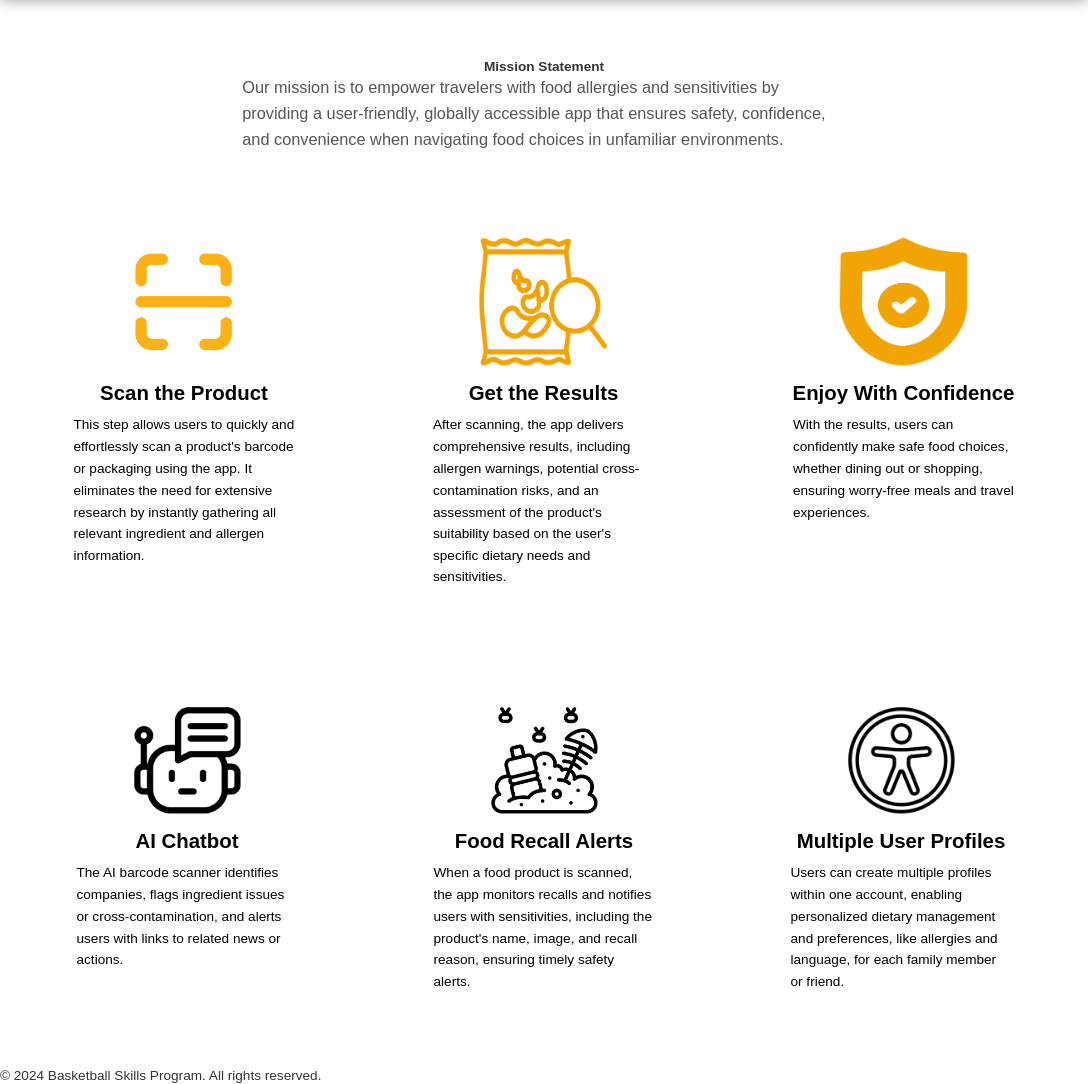
Repository: GavinPahal/landingpage
Page: /
These files come from the project's save history. The page is drawn as it stood at one moment and after the next save; the edit follows.
The browser window is 1280 px wide. The pictures show the part of the page from y = 720 to 1995 px (the page is 1995 px tall before and 1989 px after), at 85% of full size.
The project was rebuilt for these pictures with package versions that can differ from the ones it lists, and the page was loaded fresh each time. The framework's server and built-in components were replaced by stand-ins that run in the browser. Also part of the build but not shown: next.config.mjs.

Above is the page before, as saved 2024-11-28 18:00:14.

### pages/_app.js
// pages/_app.js
import "@/styles/globals.css"; // Import the global CSS file

function MyApp({ Component, pageProps }) {
  return <Component {...pageProps} />;
}

export default MyApp;

### pages/index.js
// pages/index.js
import Hero from "../components/Hero";
import Features from "../components/Features";
import Footer from "../components/Footer";
import Product from "../components/Product"

export default function Home() {
  return (
    <div>
      <Hero />
      <Features />
      <Product />
      <Footer />
    </div>
  );
}

### styles/globals.css
/* Global Styles */
* {
  margin: 0;
  padding: 0;
  box-sizing: border-box;
}

body {
  font-family: Arial, sans-serif;
  color: #333;
  overflow-x: hidden; /* Prevent horizontal overflow */
}

/* Hero Section */
.hero {
  display: flex; /* Use flexbox to align elements */
  position: relative;
  height: 100vh;
  width: 100%; /* Ensure the hero section spans the full width */
  background-color: #2d2d2d; /* Dark background to contrast with the image */
}

.imageWrapper {
  position: relative;
  width: 100%; /* Left side takes full width */
  height: 100%;
}

.imageContainer {
  position: absolute;
  top: 0;
  left: 0;
  width: 100%;
  height: 100%;
  filter: blur(8px); /* Add blur effect to the image */
  object-fit: cover;
}

.overlay {
  position: absolute;
  top: 0;
  left: 0;
  width: 100%;
  height: 100%;
  background: rgba(0, 0, 0, 0.6); /* Dark overlay to ensure text stands out */
  color: white;
  display: flex;
  flex-direction: column;
  justify-content: center;
  align-items: flex-start;
  padding: 60px 40px; /* Increased padding for more space */
  text-align: left;
}

.heroTitle {
  display: flex;
  align-items: center; /* Align logo and title horizontally */
  margin-bottom: 40px; /* Space between title and the rest of the content */
  position: relative; /* Allow positioning adjustments */
  top: -80px; /* Move the logo and title even higher */
}

.heroTitle img {
  margin-right: 20px; /* Add space between logo and title */
}

.heroTitle h1 {
  font-size: 2rem; /* Bigger font for app name */
  font-weight: bold;
  color: #ffffff; /* Bright color to stand out */
  text-transform: uppercase;
}

.tagline {
  font-size: 5rem; /* Make "BEST NATURE APP" 5rem */
  font-weight: bold;
  margin-bottom: 0; /* Remove extra space between the lines */
  color: #ffffff; /* Striking color */
  text-shadow: 3px 3px 5px rgba(0, 0, 0, 0.8); /* Enhanced text visibility */
  line-height: 1.1; /* Adjust line-height to decrease space between lines */
  letter-spacing: 1.5px;
  display: block;
  max-width: 100%; /* Ensure text doesn't overflow */
}

.bestNature {
  display: block;
  font-size: 3rem; /* Adjust to smaller font size for the first part */
}

.appEver {
  display: block;
  margin-top: 0;
  font-size: 3rem;
}

.subTagline {
  font-size: 1.2rem;
  margin-top: 20px;
  margin-bottom: 40px;
  line-height: 1.6;
  max-width: 650px;
  color: white;
  letter-spacing: 0.5px;
  text-align: left;
}

.demoText {
  display: block;
  font-size: 1.4rem;
  font-weight: bold;
}

.natureText {
  display: block;
  font-size: 1.2rem;
  margin-top: 10px;
  font-style: italic;
  letter-spacing: 0.3px;
}

/* CTA Button */
.ctaButton {
  background-color: #00C9A2;
  color: #ffffff;
  padding: 15px 40px;
  font-size: 1.4rem;
  border: none;
  border-radius: 50px;
  text-align: center;
  margin-top: 60px;
  cursor: pointer;
  transition: background-color 0.3s, transform 0.3s;
  text-decoration: none;
}

.ctaButton:hover {
  background-color: #035343;
}

.ctaButton:focus {
  outline: none;
}

.rightImageWrapper {
  position: absolute;
  left: 62%;
  bottom: 20px;
  width: 400px;
  height: auto;
  z-index: 2;
  margin-top: 100px;
}

.rightImageContainer {
  position: relative;
  width: 100%;
  height: 100%;
}

.rightImageContainer img {
  width: 100%;
  height: auto;
  border-radius: 8px;
  object-fit: cover;
}

.features {
  padding: 50px 20px;
  text-align: center;
}
.features h2 {
  font-size: 2.5rem;
  font-weight: bold;
  color: #ffffff;
  margin-bottom: 30px;
  text-transform: uppercase;
  letter-spacing: 1px;
}

.infoCards {
  display: flex;
  flex-wrap: wrap;
  justify-content: space-around;
  gap: 30px;
  margin-bottom: 40px;
}

.card {
  text-align: center;
  margin: 0 auto; /* Ensure cards are centered */
}

.card:first-child { /* Target the first feature card */
  max-width: 400px; /* Restrict width for a cleaner layout */
  margin: 20px auto; /* Center the card horizontally and add spacing */
}

.card:first-child p {
  text-align: left; /* Center-align the text for the first card */
  max-width: 280x; /* Ensure text does not overflow the card */
  margin: 0 auto;
}

.card img {
  margin-bottom: 15px;
}

.card h3 {
  font-size: 1.5rem;
  font-weight: 600;
  color: #000000;
  margin-bottom: 10px;
}

.card p {
  font-size: 1rem;
  line-height: 1.6;
  color: #000000;
  max-width: 260px;
  margin: 0 auto;
  text-align: left;
}

.text1 {
  font-size: 1rem;
  line-height: 1.6;
  color: #000000;
  max-width: 250px;
  margin: 0 auto;
  text-align: left;
}

.text2 {
  font-size: 1rem;
  line-height: 1.6;
  color: #000000;
  max-width: 250px;
  margin: 0 auto;
  text-align: left;
}

.missionStatement {
  text-align: center; /* Center the text */
  margin-bottom: 80px; /* Add some spacing below the mission statement */
  padding: 20px;
  border-radius: 8px; /* Rounded corners */
}

.missionStatement h2 {
  font-size: 2rem;
  font-weight: bold;
  color: #333;
  margin-bottom: 10px;
  font-weight: bold;
}

.missionStatement p {
  font-size: 1.2rem;
  line-height: 1.6;
  color: #555;
  max-width: 710px;
  margin: 0 auto;
  text-align: left;
}



@media (max-width: 1024px) {
  .hero {
    flex-direction: column; /* Stack elements vertically on smaller screens */
  }

  .overlay {
    padding: 40px 20px; /* Reduced padding for smaller screens */
    text-align: center; /* Center-align text on smaller screens */
  }

  .heroTitle {
    margin-bottom: 20px; /* Reduce space between the title and the tagline */
    top: 0; /* Reset top positioning for better alignment */
  }

  .tagline {
    font-size: 3rem; /* Decrease font size on smaller screens */
  }

  .bestNature, .appEver {
    font-size: 2.5rem; /* Smaller font size for better readability */
  }

  .subTagline {
    font-size: 1rem; /* Adjust subtagline font size for smaller screens */
    max-width: 100%; /* Allow full-width display */
    padding: 0 20px; /* Add padding to the sides */
  }

  .rightImageWrapper {
    left: 50%; /* Center the image on smaller screens */
    bottom: 10px;
    width: 300px; /* Reduce image size */
    margin-top: 60px;
  }
}

/* CTA Button Adjustments */
@media (max-width: 768px) {
  .ctaButton {
    padding: 12px 30px; /* Reduced padding for better proportion on small screens */
    font-size: 1.2rem; /* Smaller font size */
    width: 90%; /* Allow the button to take up more space on smaller screens */
    margin-top: 40px; /* Reduced top margin */
  }
}

/* Feature Section Adjustments */
@media (max-width: 768px) {
  .features {
    padding: 30px 20px; /* Reduce padding */
  }

  .features h2 {
    font-size: 2rem; /* Smaller font size for headings */
  }

  .infoCards {
    flex-direction: column; /* Stack cards vertically */
    align-items: center;
    gap: 20px; /* Reduced gap between cards */
  }

  .card {
    max-width: 90%; /* Ensure cards take full width on smaller screens */
    margin: 10px auto; /* Center the cards */
  }

  .card h3 {
    font-size: 1.2rem; /* Decrease font size */
  }

  .card p {
    font-size: 0.9rem; /* Smaller text for better readability */
  }
}

/* Final Adjustments */
@media (max-width: 480px) {
  .hero {
    height: auto; /* Allow the hero section to adjust to content */
  }

  .overlay {
    padding: 20px; /* Even smaller padding */
    text-align: center;
  }

  .tagline {
    font-size: 2.5rem; /* Further decrease tagline size */
  }

  .ctaButton {
    padding: 10px 20px; /* Smaller padding for mobile screens */
    font-size: 1rem; /* Reduce font size */
  }

  .features h2 {
    font-size: 1.6rem; /* Adjust feature section heading */
  }

  .card {
    max-width: 100%; /* Ensure the cards take full width */
  }

  .text1, .text2 {
    font-size: 0.9rem; /* Adjust text sizes for smaller screens */
  }
}

### components/Hero.js
import Image from "next/image";

export default function Hero() {
  return (
    <section className="hero">
      <div className="imageWrapper">
        <div className="imageContainer">
          <Image
            src="/images/grocey.jpg"
            alt="Nature Image"
            layout="fill"
            objectFit="cover"
          />
        </div>
        <div className="overlay">
          <div className="heroTitle">
            <Image
              src="/images/logo.webp"
              alt="Goldibite Logo"
              width={50}
              height={50}
            />
            <h1>Goldibite</h1>
          </div>
          <p className="tagline">
            <span className="bestNature">YOUR BUDDY FOR</span>
            <span className="appEver">FOOD SAFETY</span>
          </p>
          <p className="subTagline">
            <span className="demoText">Get a demo and try our new app.</span>
            <span className="natureText">
            The Right Bite, Every Time
            </span>
          </p>
          <a href="#demo" className="ctaButton">
            TRY DEMO
          </a>
        </div>
      </div>


      <div className="rightImageWrapper">
        <div className="rightImageContainer">
          <Image
            src="/images/phone.png"
            alt="New Image"
            layout="intrinsic"
            width={500}
            height={500}
          />
        </div>
      </div>
    </section>
  );
}

### components/Features.js
import Image from "next/image";

export default function Features() {
  return (
    <section className="features">
      {/* Mission Statement Section */}
      <div className="missionStatement">
        <h4>Mission Statement</h4>
        <p>
          Our mission is to empower travelers with food allergies and sensitivities by providing a user-friendly, globally accessible app that ensures safety, confidence, and convenience when navigating food choices in unfamiliar environments.
        </p>
      </div>

      {/* Features Cards Section */}
      <div className="infoCards">
        <div className="card" style={{ margin: "0 10px" }}>
          <Image
            src="/images/iconamoon_scanner (1).jpg"
            alt="Feature 1"
            width={150}
            height={150}
          />
          <h3>Scan the Product</h3>
          <p>
            This step allows users to quickly and effortlessly scan a product's barcode or packaging using the app.
            It eliminates the need for extensive research by instantly gathering all relevant ingredient and allergen information.
          </p>
        </div>
        <div className="card" style={{ margin: "0 10px" }}>
          <Image
            src="/images/magnifying.jpg"
            alt="Feature 2"
            width={150}
            height={150}
          />
          <h3>Get the Results</h3>
          <p>
            After scanning, the app delivers comprehensive results, including allergen warnings, potential cross-contamination risks,
            and an assessment of the product's suitability based on the user's specific dietary needs and sensitivities.
          </p>
        </div>
        <div className="card" style={{ margin: "0 10px" }}>
          <Image
            src="/images/Confident.jpg"
            alt="Feature 3"
            width={150}
            height={150}
          />
          <h3>Enjoy With Confidence</h3>
          <p>
            With the results, users can confidently make safe food choices, whether dining out or shopping,
            ensuring worry-free meals and travel experiences.
          </p>
        </div>
      </div>
    </section>
  );
}

### components/Footer.js
export default function Footer() {
    return (
      <footer className="footer">
        <p>&copy; 2024 Basketball Skills Program. All rights reserved.</p>
      </footer>
    );
  }

### components/Product.js
import Image from "next/image";

export default function Features() {
  return (
    <section className="features">
      <div className="infoCards" style={{ gap: "20px" }}>
        <div className="card" style={{ margin: "0 10px" }}>
          <Image
            src="/images/chatbot.jpg"
            alt="Feature 1"
            width={125}
            height={125}
          />
          <h3>AI Chatbot</h3>
          <p>
            The AI barcode scanner identifies companies, flags ingredient
            issues or cross-contamination, and alerts users with links to
            related news or actions.
          </p>
        </div>
        <div className="card" style={{ margin: "0 10px" }}>
          <Image
            src="/images/trash.jpg"
            alt="Feature 2"
            width={125}
            height={125}
          />
          <h3>Food Recall Alerts</h3>
          <p>
            When a food product is scanned, the app monitors recalls and
            notifies users with sensitivities, including the product's name,
            image, and recall reason, ensuring timely safety alerts.
          </p>
        </div>
        <div className="card" style={{ margin: "0 10px" }}>
          <Image
            src="/images/accessibility.png"
            alt="Feature 3"
            width={125}
            height={125}
          />
          <h3>Multiple User Profiles</h3>
          <p>
            Users can create multiple profiles within one account, enabling
            personalized dietary management and preferences,
            like allergies and  language, for each family member or friend.
          </p>
        </div>
      </div>
    </section>
  );
}

Loaded but not shown: pages/_document.js (common file)

After the next save:
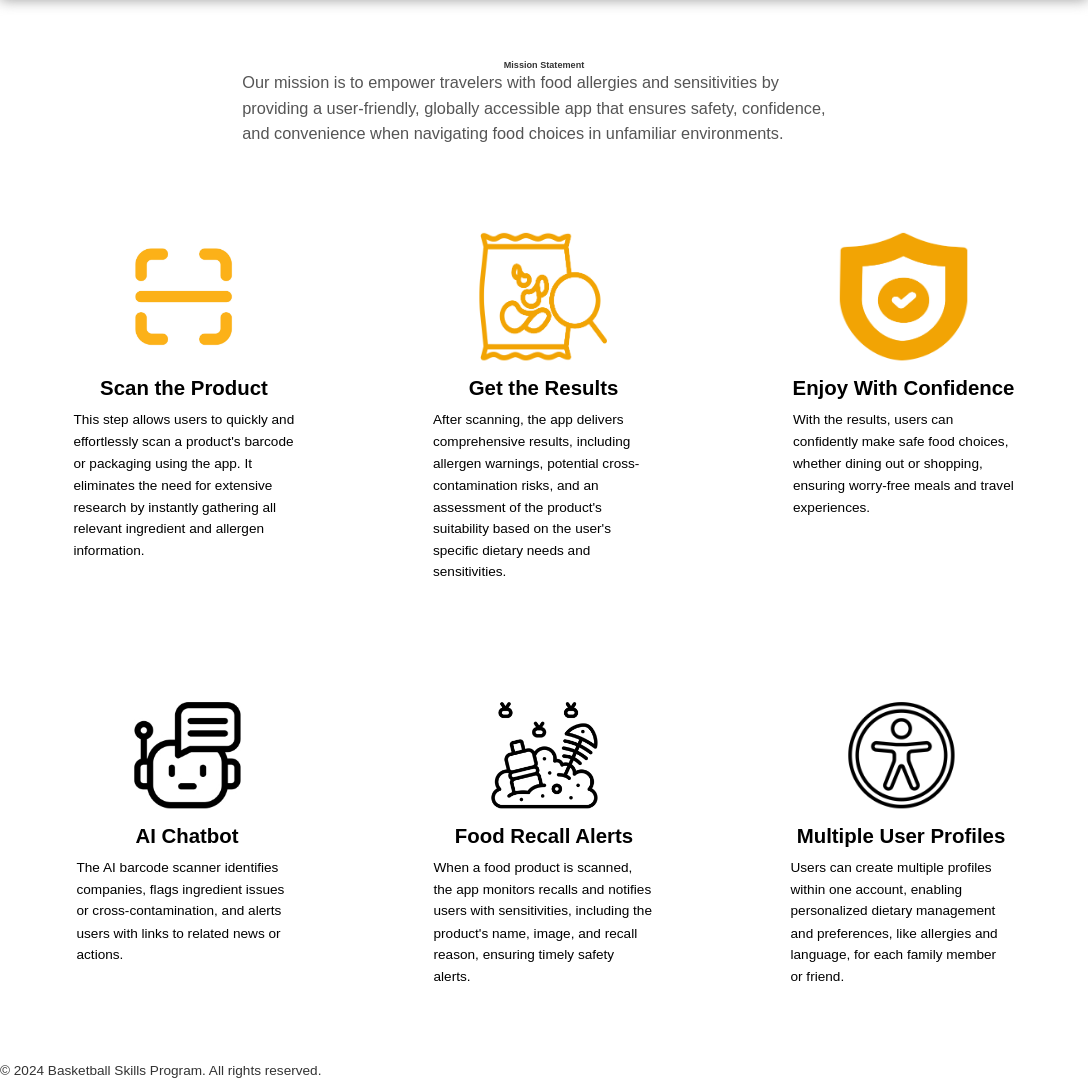
Saved 9 s later.
--- a/components/Features.js
+++ b/components/Features.js
@@ -5,7 +5,7 @@ export default function Features() {
     <section className="features">
       {/* Mission Statement Section */}
       <div className="missionStatement">
-        <h4>Mission Statement</h4>
+        <h6>Mission Statement</h6>
         <p>
           Our mission is to empower travelers with food allergies and sensitivities by providing a user-friendly, globally accessible app that ensures safety, confidence, and convenience when navigating food choices in unfamiliar environments.
         </p>
